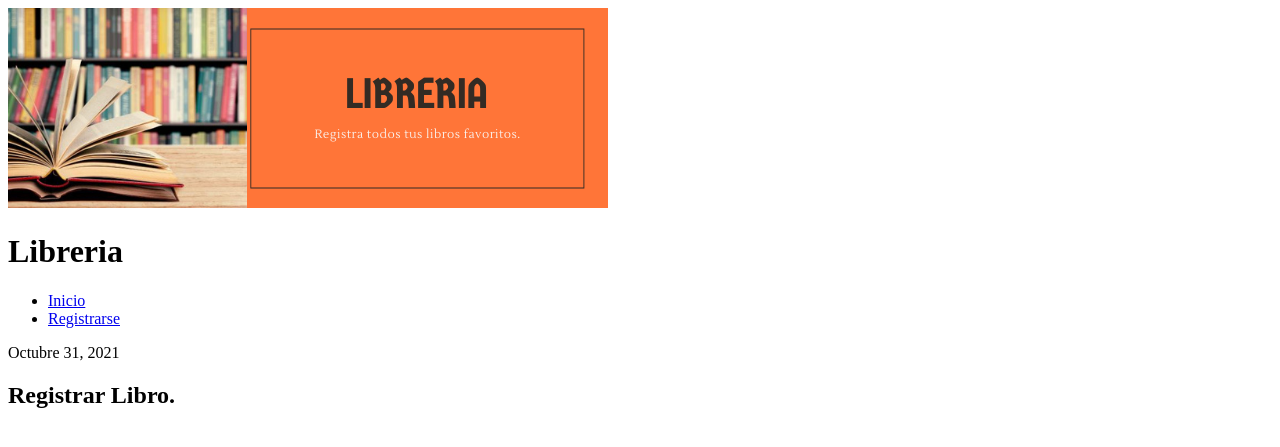
Repository: frnalonso/libreria
Page: src/main/resources/templates/registro.html
The author's editor kept a copy of each file at every save. The page is drawn from the files as they stood at one save, then again after the next save.
The browser window is 1280 px wide. The pictures show the whole page.

Above is the page before, as saved 2021-10-31 02:28:43.

After the next save:
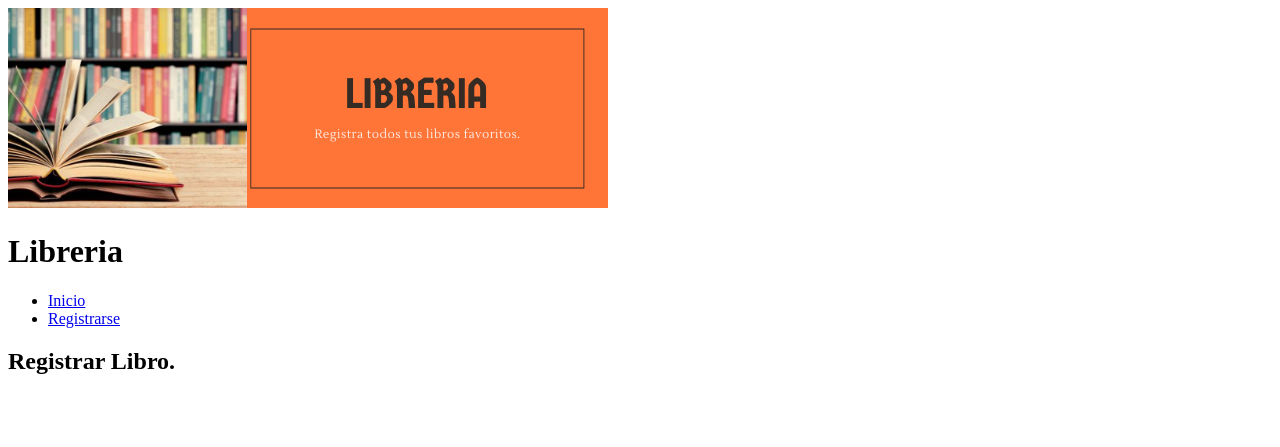
Saved 10 s later.
--- a/src/main/resources/templates/registro.html
+++ b/src/main/resources/templates/registro.html
@@ -30,7 +30,7 @@
 
     <section class="articles">
         <article>
-            <time datetime="2021-10-31">Octubre 31, 2021</time>
+
             <h2>Registrar Libro.</h2>
 
             <div class="content">
